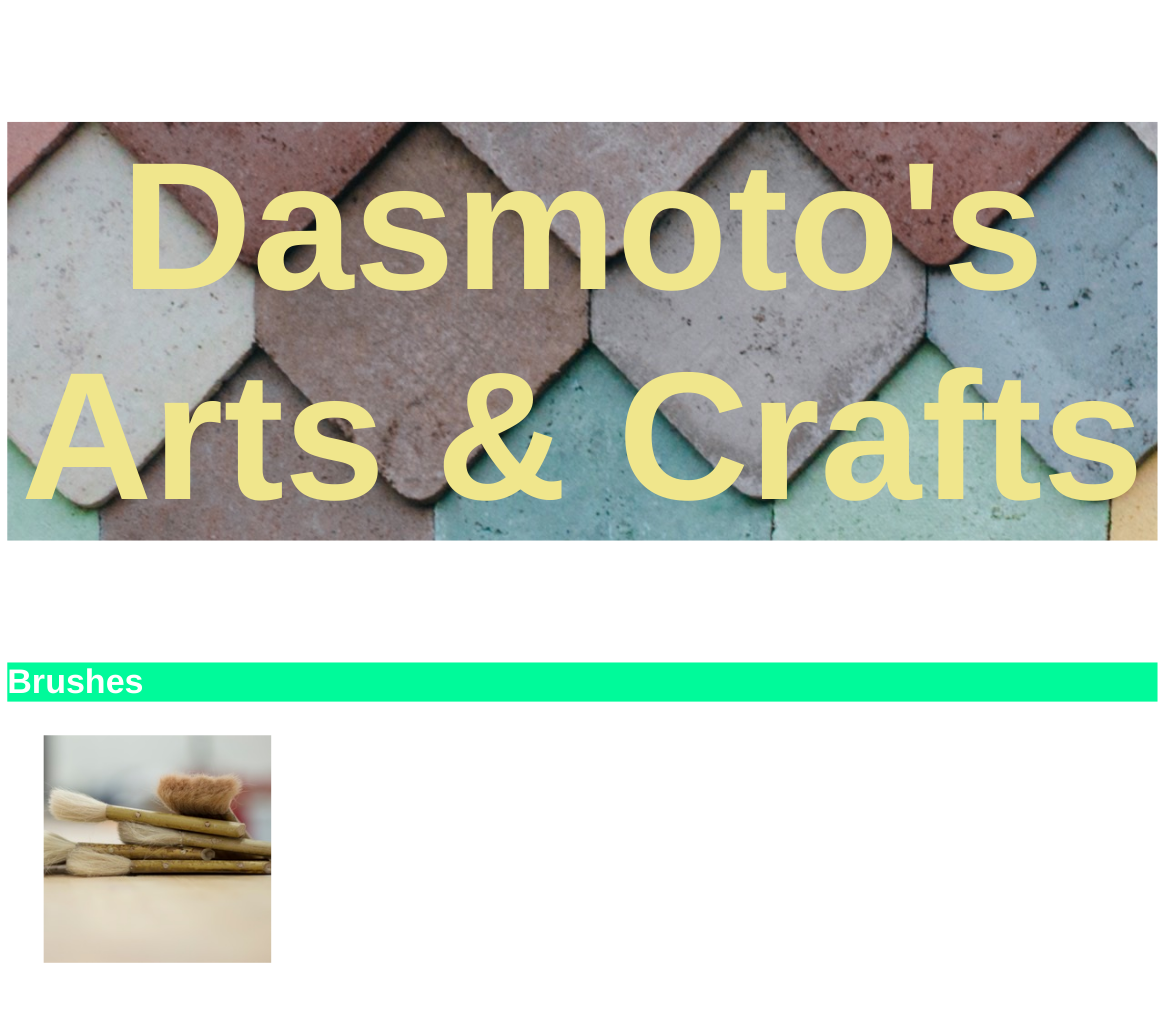
Repository: randysteele/Dasmoto-s-Arts-Crafts
Page: index.html
These files come from the project's save history. The page is drawn as it stood at one moment and after the next save; the edit follows.
The browser window is 1280 px wide. The pictures show the whole page, at 91% of full size.

Above is the page before, as saved 2023-04-29 13:35:50.

After the next save:
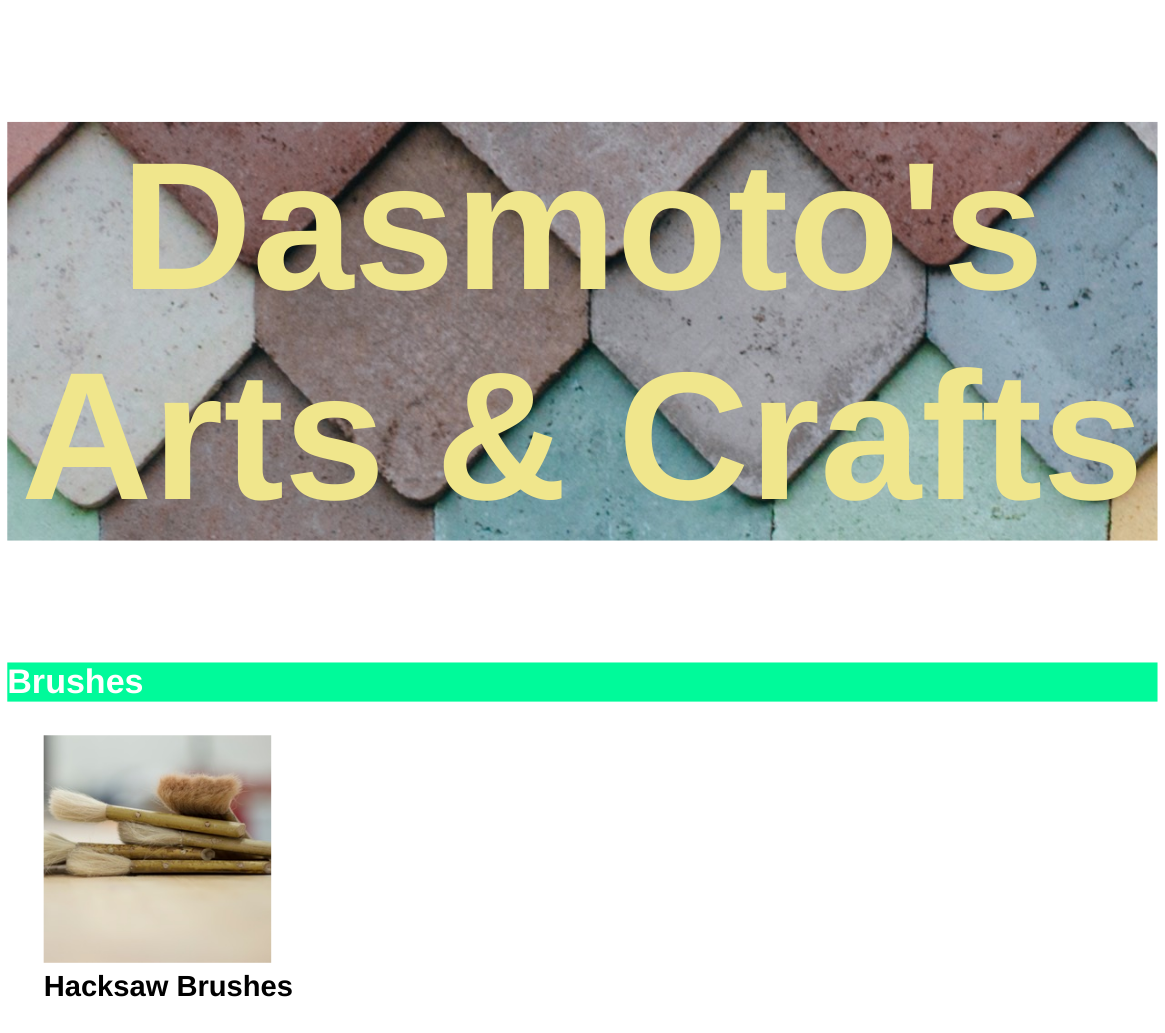
Saved 13 s later.
--- a/resources/css/index.css
+++ b/resources/css/index.css
@@ -12,8 +12,10 @@
 .brushes {
     font-size: 32px;
     font-weight: bold;
-    color:white;
+    /* color:white; */
 }
 .brushes h3{
     background-color: mediumspringgreen;
+    color:white;
+
 }
